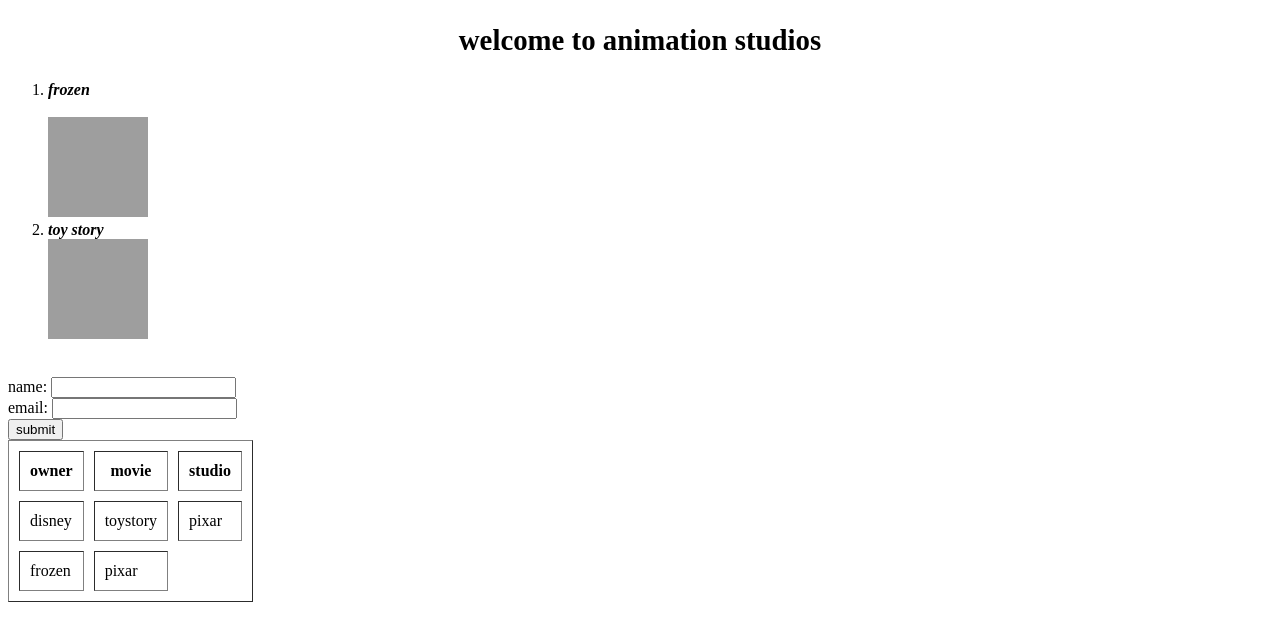
Repository: Rock-ass/New-folder--2-
Page: index.html
An editor plug-in stored every save of this project. The page is shown before and after a run of saves, followed by the edit.
The browser window is 1280 px wide. The pictures show the whole page.
Pictures or frames that could not be fetched are drawn as grey boxes.

Above is the page before, as saved 2021-12-24 21:45:27.

### index.html
<!DOCTYPE html>
<html lang="en">
    <html>
<head>
<meta charset="UTF-8">
<meta name="viewport" content="width=device-width, initial-scale=1.0">
<meta name= disney content="disney fan club">
<title> disney</title>
</head>
<body>
   <main>
   <section>
<big><h1 style="text-align: center;">welcome to animation studios</h1></big>

<ol>
<li>
   <strong><i>frozen</i></strong>

</li>
<br>
<img id:"img1"  src ="https://i.pinimg.com/originals/57/70/b2/5770b24cdb30423f5d6070719b9b01fb.jpg"  width="100" height="100" alt="frozen">
<style>
    img1{



    }

</style>
<br>

<li>
    <strong> <i>toy story</i> </strong>
    <br>
    <img id:"img2"  src ="https://m.media-amazon.com/images/M/MV5BMTgxOTY4Mjc0MF5BMl5BanBnXkFtZTcwNTA4MDQyMw@@._V1_FMjpg_UX1000_.jpg"  width="100" height="100" alt="frozen">
    <style>
        img2{



        }

    </style>
</li>
<br>






</ol>
<form action="results.html" method="get">
    <div>
        <label for="name">
            name:
<input type="name" id="name" required >
</label>
</div>
<div>
    <label for="email">email:
<input type="email" id="email" required >
<div>
<input type="submit" value="submit" required>
</div>
</label>
</div>

</form>

   </section>
<table cellpadding=10 border=1 cellspacing=10>
<tr>
    <th>owner</th>
<th>movie</th>
<th>
     studio
</th>

<tr>
    <td>disney</td>
<td>toystory</td>
<td>pixar</td>






</tr>
<tr>
<td>frozen</td>
<td> pixar</td>

</tr>







</table>







   </main>






</body>





















    </html>

After the next 3 saves:
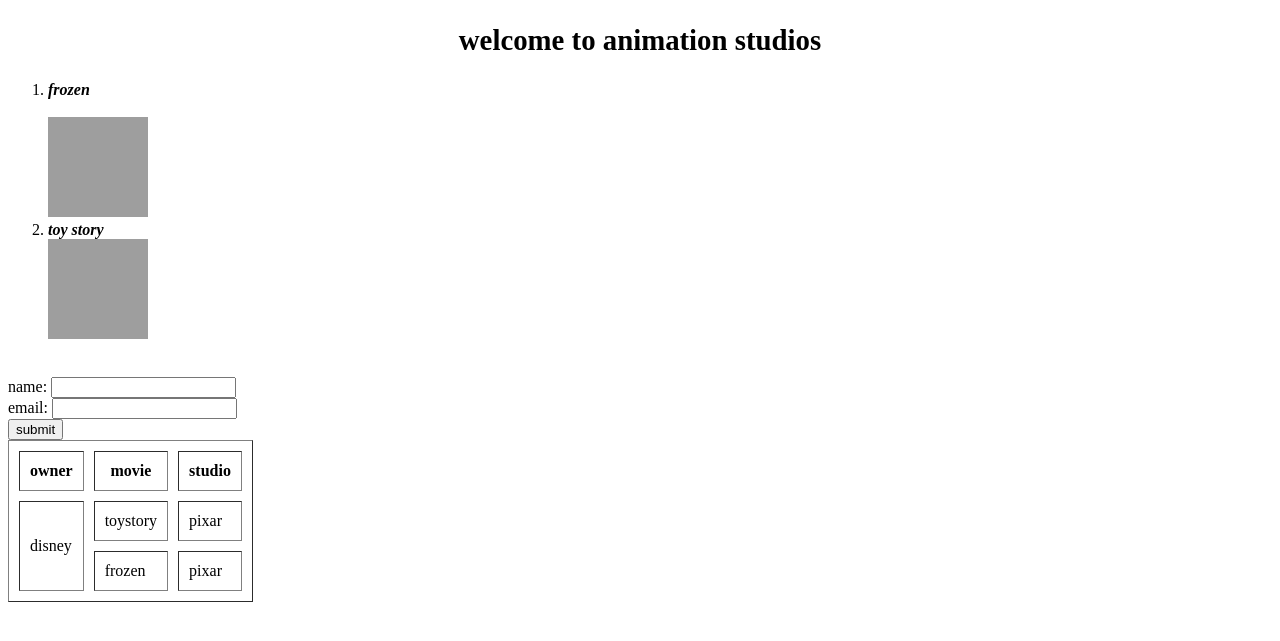
The 3 saves are shown as one change because they came seconds apart.
The last was saved 15 s later.
--- a/index.html
+++ b/index.html
@@ -78,7 +78,7 @@
 </th>
 
 <tr>
-    <td>disney</td>
+    <td rowspan="2">disney</td>
 <td>toystory</td>
 <td>pixar</td>
 
